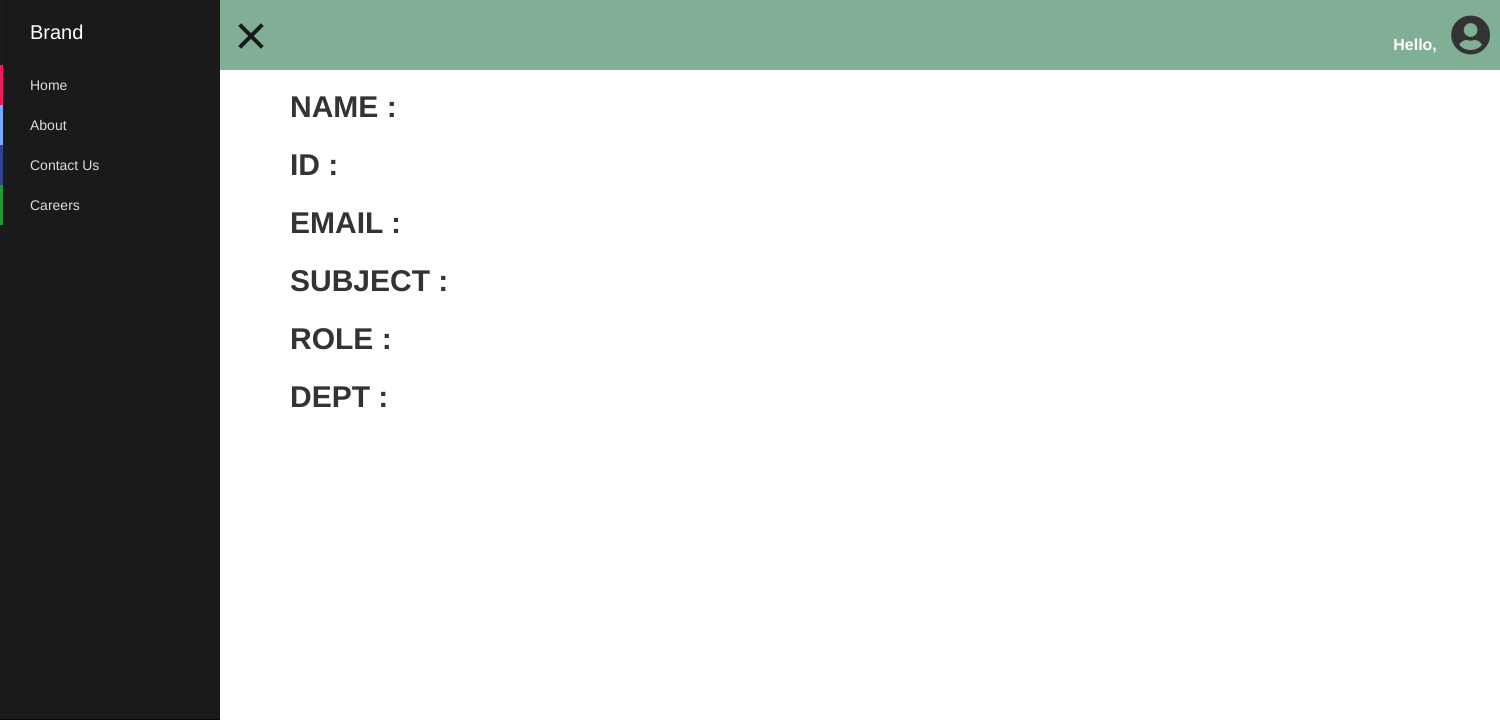
Repository: Achyuthkodali/Python-django-angular_6
Page: login/templates/dashboard.html
The author's editor kept a record of every edit. The page is drawn from the files as they stood at one moment, then again after the next edit.
The browser window is 1280 px wide. The page is 1500 px wide, so the pictures cover 1500 px, including what lies to the right of the window. The pictures show the whole page.
After loading, the first visible `button.hamburger` was clicked once.
Some web libraries are served in a nearby version. The template is drawn by Django 2.2. The application's start-up code is not run. The template is opened directly, without the code that normally fills it, so the values that code supplies are empty.

Above is the page before.

After the next edit:
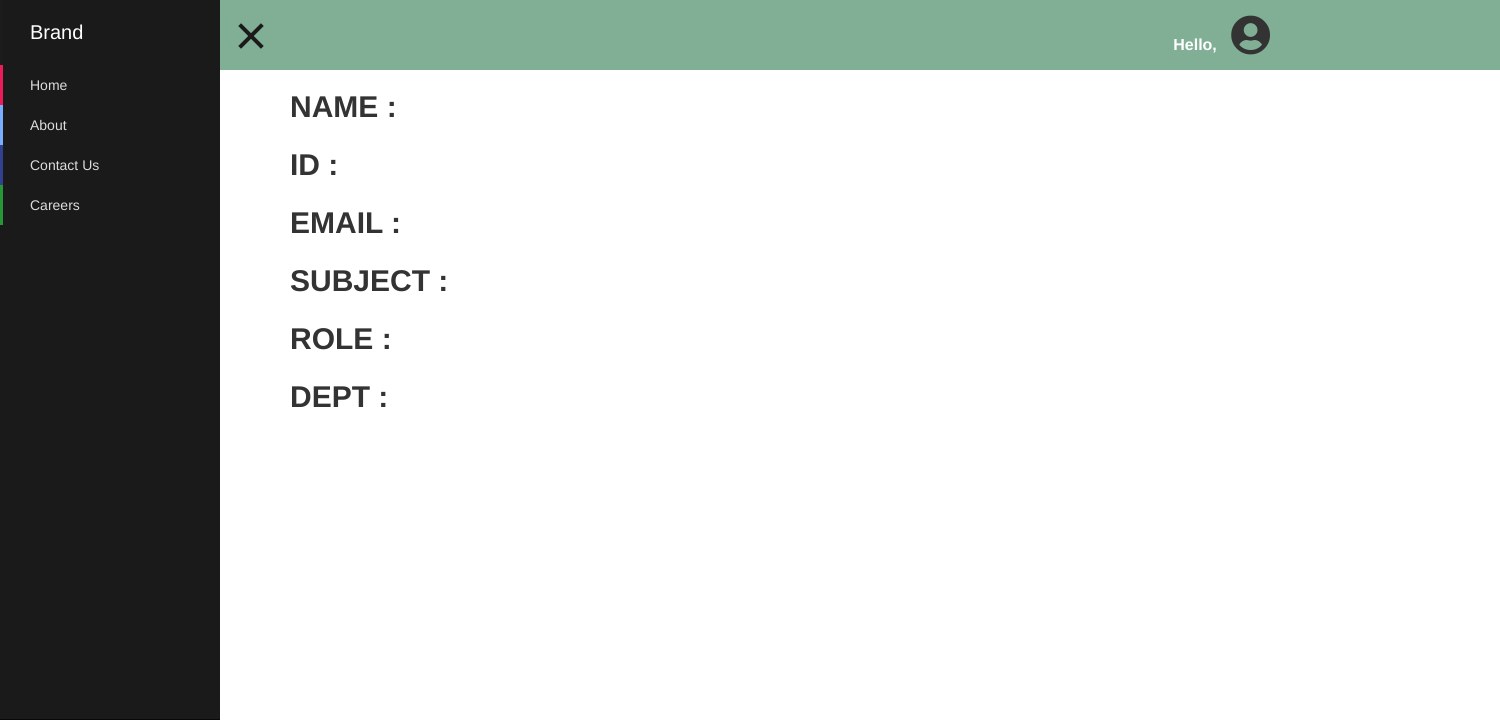
The edit:
--- a/login/templates/dashboard.html
+++ b/login/templates/dashboard.html
@@ -451,7 +451,7 @@
 
 
   function buttonclick(){
-    document.getElementById("")
+    document.getElementById("paragraph").style.marginRight = "220px";
   }
 
 
